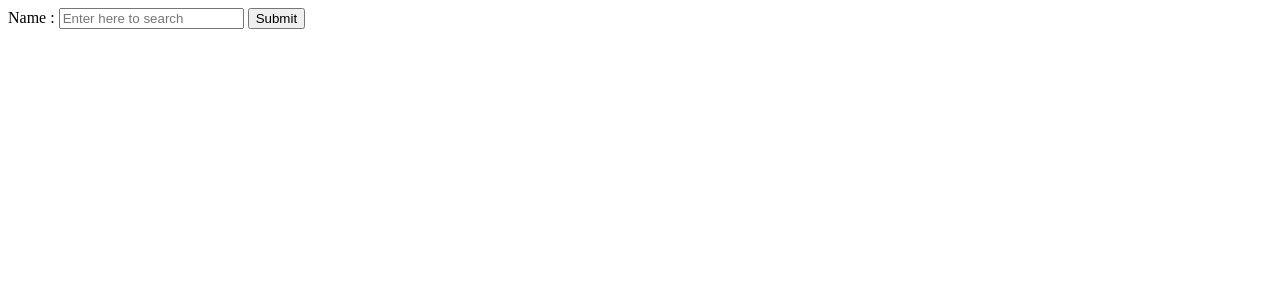
Repository: nishigandha1234/Advanced-Java-Projects
Page: 1- Starting J2EE/sendredirect/src/main/webapp/google.html
These files come from the project's save history. The page is drawn as it stood at one moment and after the next save; the edit follows.
The browser window is 1280 px wide. The pictures show the whole page.

Above is the page before, as saved 2025-11-08 16:51:15.

After the next save:
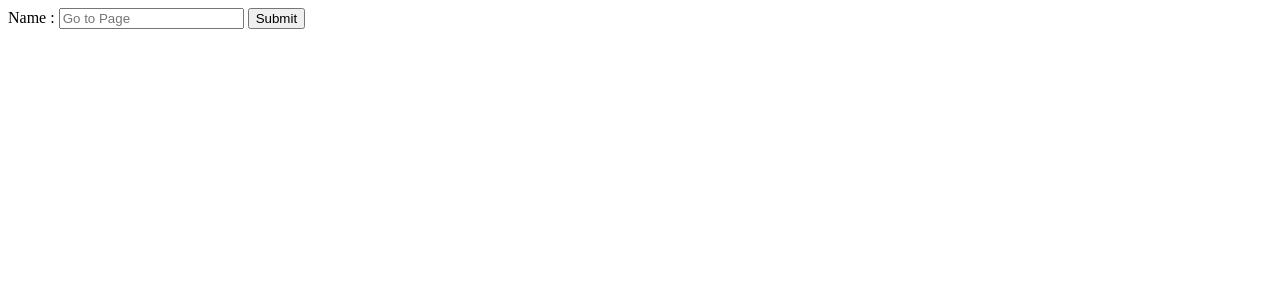
Saved 2 min 8 s later.
--- a/1- Starting J2EE/sendredirect/src/main/webapp/google.html
+++ b/1- Starting J2EE/sendredirect/src/main/webapp/google.html
@@ -5,8 +5,8 @@
 <title>Insert title here</title>
 </head>
 <body>
-<form action="redirect"></form>
-	Name : <input type = "text" name = "name" placeholder = "Enter here to search">
+<form action="redirect" method="get">
+	Name : <input type = "text" name = "name" placeholder = "Go to Page">
 			<input type= "submit">
 </form>
 </body>
